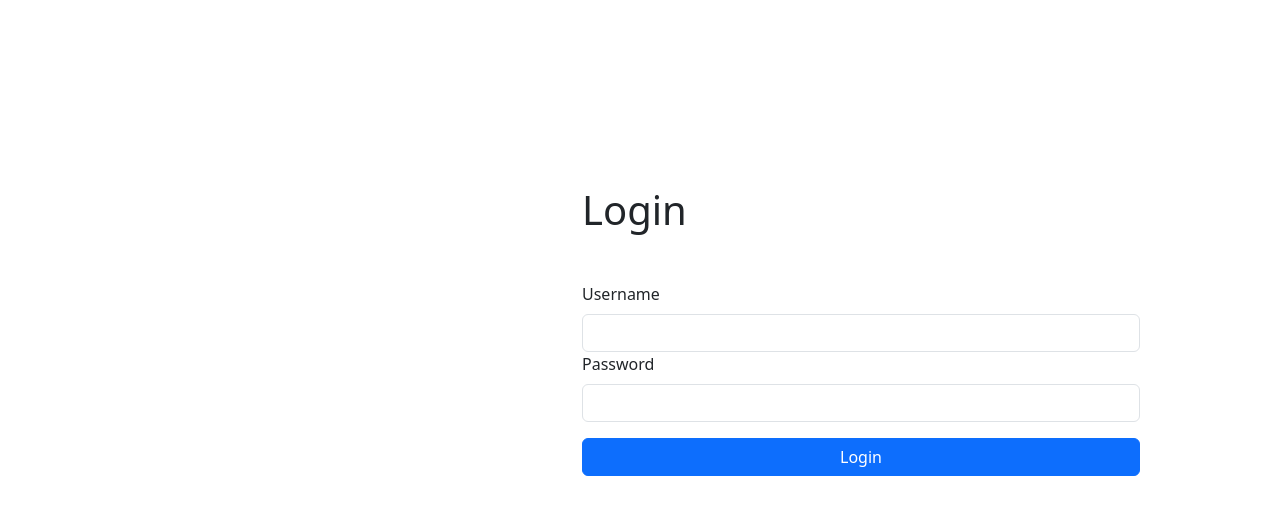
Repository: oboioz/SimpleTodoApp
Page: /logout (app in SimpleTodoAppFrontEnd/todo-app/)
These files come from the project's save history. The page is drawn as it stood at one moment and after the next save; the edit follows.
The browser window is 1280 px wide. The pictures show the whole page.
The project was rebuilt for these pictures with package versions that can differ from the ones it lists, and the page was loaded fresh each time.

Above is the page before, as saved 2024-04-03 20:31:41.

After the next save:
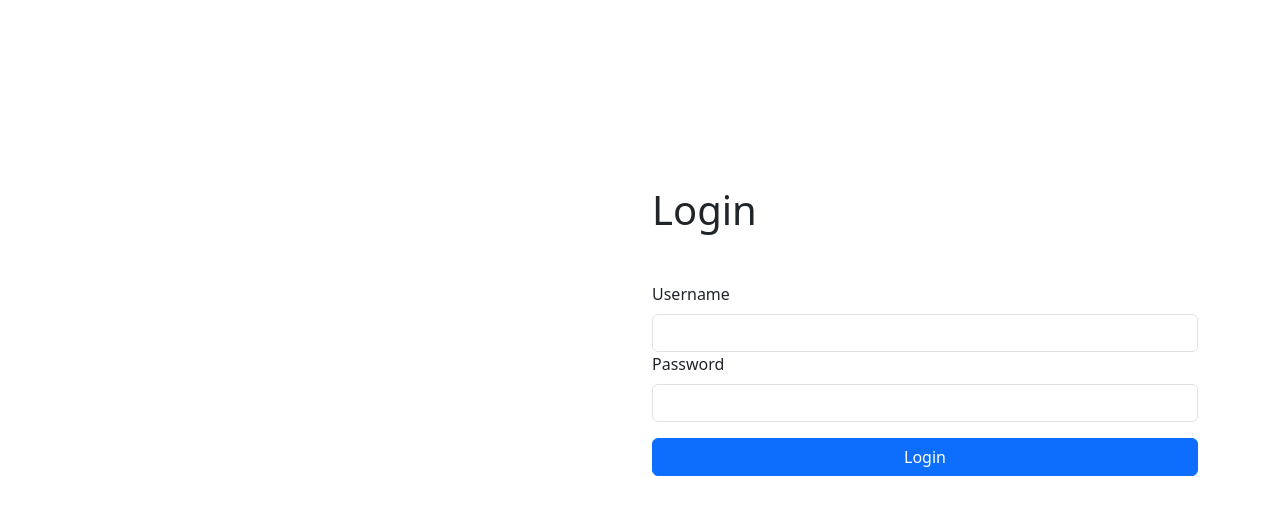
Saved 11 s later.
--- a/SimpleTodoAppFrontEnd/todo-app/src/components/todo/Login/LoginStyle.css
+++ b/SimpleTodoAppFrontEnd/todo-app/src/components/todo/Login/LoginStyle.css
@@ -1,9 +1,3 @@
-.Login {
-    width: 100%;
-    margin: 0;
-    padding: 0;
-}
-
 .row {
     display: flex;
     justify-content: center;
